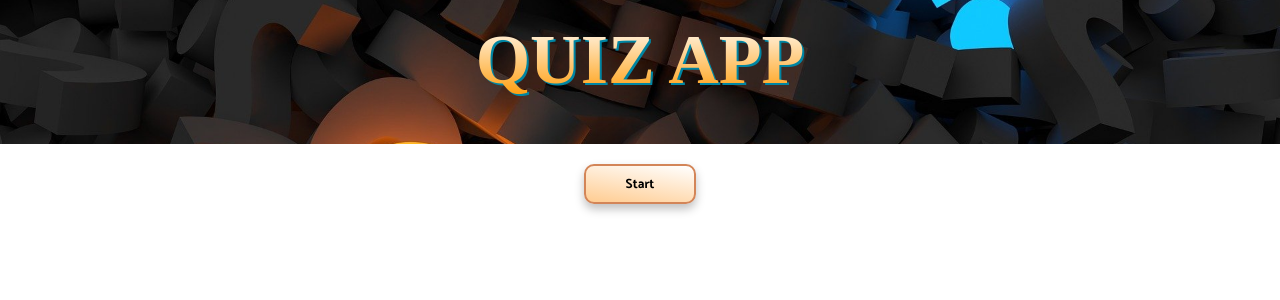
Repository: KrzysKolo/quizAPP
Page: /
The author's editor kept a copy of each file at every save. The page is drawn from the files as they stood at one save, then again after the next save.
The browser window is 1280 px wide. The pictures show the whole page.
The project was rebuilt for these pictures with package versions that can differ from the ones it lists, and the page was loaded fresh each time. Also part of the build but not shown: src/components/QuestionCard.style.ts, src/components/QuestionCard.tsx, src/components/Loading.style.ts, src/components/Loading.tsx.

Above is the page before, as saved 2021-04-25 00:54:56.

After the next save:
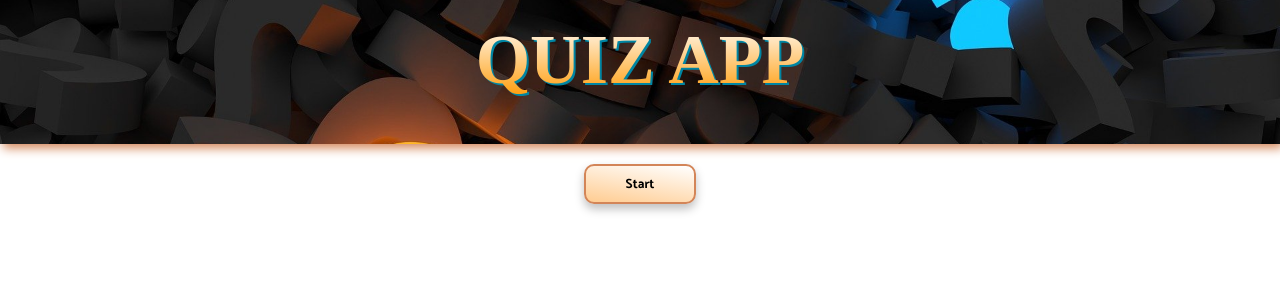
Saved 47 s later.
--- a/src/App.style.ts
+++ b/src/App.style.ts
@@ -34,6 +34,7 @@ export const Wrapper = styled.div`
     background-image: url(${BGImage});
     background-size: cover;
     background-position: center;
+    box-shadow: 3px 4px 10px #d38558;
     height: 20vh;
     width: 100vw;
   }
